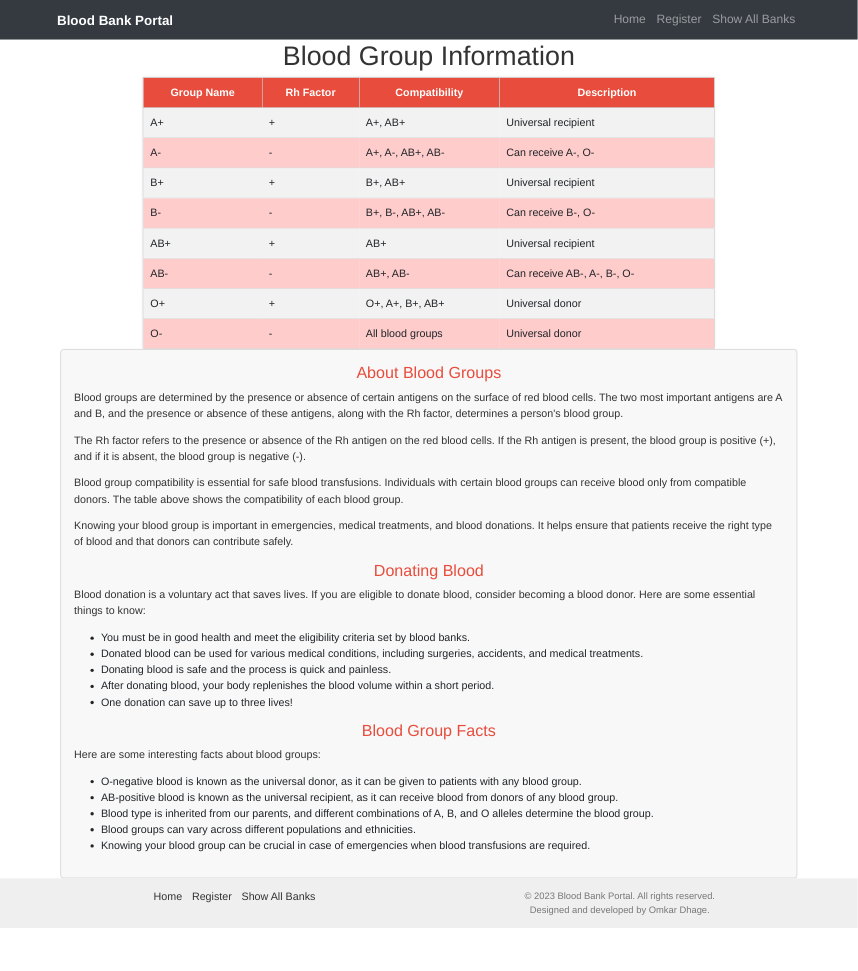
Repository: omi4535/Decentralized_Blood_Bank_System
Page: http://localhost/blood_bank_system/blood_groups_info.jsp
These files come from the project's save history. The page is drawn as it stood at one moment and after the next save; the edit follows.
The browser window is 1280 px wide. The pictures show the whole page, at 67% of full size.
Some web libraries are served in a nearby version. The page is served by Tomcat 9. Other server files are loaded and not shown.

Above is the page before, as saved 2023-07-04 19:56:08.

### blood bank system/src/main/webapp/blood_groups_info.jsp
<%@ page language="java" contentType="text/html; charset=UTF-8"
	pageEncoding="UTF-8"%>
<!DOCTYPE html>
<html>
<head>
<title>Blood Group Information</title>
<style>
body {
	font-family: Arial, sans-serif;
	margin: 20px;
	background-color: #f2f2f2;
}

h1 {
	text-align: center;
	color: #333;
}

table {
	text-align: center;
	width: 66.67%;
	margin: auto;
	border-collapse: collapse;
	margin-top: 20px;
	background-color: #fff;
	box-shadow: 0 0 5px rgba(0, 0, 0, 0.1);
}

th, td {
	padding: 10px;
	text-align: left;
	border-bottom: 1px solid #ddd;
}

th {
	background-color: #f5f5f5;
	font-weight: bold;
	color: #333;
}

.info-section {
	margin-top: 30px;
	padding: 20px;
	background-color: #fff;
	box-shadow: 0 0 5px rgba(0, 0, 0, 0.1);
}

.info-section h2 {
	color: #333;
	margin-bottom: 10px;
}

.info-section p {
	color: #666;
	line-height: 1.5;
}

table {
	width: 66.67%;
	margin: 0 auto;
	border-collapse: collapse;
}

th {
	background-color: #E74C3C; /* Red color for table header */
	color: #FFFFFF; /* White text color for table header */
	text-align: center;
	padding: 10px;
	border: 1px solid #CCCCCC;
}

tr {
	background-color: #ffcccc;
	text-align: center;
	padding: 10px;
	border: 1px solid #CCCCCC;
	/* Light gray border color for table cells */
}

tr:nth-child(even) {
	background-color: #F2F2F2;
	/* Light gray background color for even rows */
}

tr:hover {
	background-color: #ff4d4d;
	/* Yellow background color for hover effect on rows */
}

.info-container {
	width: 86%;
	margin: 0 auto;

	background-color: #F8F8F8;
	padding: 20px;
	margin-top:10dp;
	border: 1px solid #CCCCCC;
	border-radius: 5px;
}

.info-container h2 {
text-align: center;
	color: #E74C3C;
	font-size: 24px;
	margin-bottom: 10px;
}

.info-container p {
	color: #333333;
	font-size: 16px;
	line-height: 1.5;
}
</style>
</head>
<body>
	<%@ include file="NavBar.jsp"%>
	<h1>Blood Group Information</h1>

	<table>
		<tr>
			<th>Group Name</th>
			<th>Rh Factor</th>
			<th>Compatibility</th>
			<th>Description</th>
		</tr>
		<tr>
			<td>A+</td>
			<td>+</td>
			<td>A+, AB+</td>
			<td>Universal recipient</td>
		</tr>
		<tr>
			<td>A-</td>
			<td>-</td>
			<td>A+, A-, AB+, AB-</td>
			<td>Can receive A-, O-</td>
		</tr>
		<tr>
			<td>B+</td>
			<td>+</td>
			<td>B+, AB+</td>
			<td>Universal recipient</td>
		</tr>
		<tr>
			<td>B-</td>
			<td>-</td>
			<td>B+, B-, AB+, AB-</td>
			<td>Can receive B-, O-</td>
		</tr>
		<tr>
			<td>AB+</td>
			<td>+</td>
			<td>AB+</td>
			<td>Universal recipient</td>
		</tr>
		<tr>
			<td>AB-</td>
			<td>-</td>
			<td>AB+, AB-</td>
			<td>Can receive AB-, A-, B-, O-</td>
		</tr>
		<tr>
			<td>O+</td>
			<td>+</td>
			<td>O+, A+, B+, AB+</td>
			<td>Universal donor</td>
		</tr>
		<tr>
			<td>O-</td>
			<td>-</td>
			<td>All blood groups</td>
			<td>Universal donor</td>
		</tr>
	</table>

	<div class="info-container">
		<h2>About Blood Groups</h2>
		<p>Blood groups are determined by the presence or absence of
			certain antigens on the surface of red blood cells. The two most
			important antigens are A and B, and the presence or absence of these
			antigens, along with the Rh factor, determines a person's blood
			group.</p>
		<p>The Rh factor refers to the presence or absence of the Rh
			antigen on the red blood cells. If the Rh antigen is present, the
			blood group is positive (+), and if it is absent, the blood group is
			negative (-).</p>
		<p>Blood group compatibility is essential for safe blood
			transfusions. Individuals with certain blood groups can receive blood
			only from compatible donors. The table above shows the compatibility
			of each blood group.</p>
		<p>Knowing your blood group is important in emergencies, medical
			treatments, and blood donations. It helps ensure that patients
			receive the right type of blood and that donors can contribute
			safely.</p>

		<h2>Donating Blood</h2>
		<p>Blood donation is a voluntary act that saves lives. If you are
			eligible to donate blood, consider becoming a blood donor. Here are
			some essential things to know:</p>
		<ul>
			<li>You must be in good health and meet the eligibility criteria
				set by blood banks.</li>
			<li>Donated blood can be used for various medical conditions,
				including surgeries, accidents, and medical treatments.</li>
			<li>Donating blood is safe and the process is quick and
				painless.</li>
			<li>After donating blood, your body replenishes the blood volume
				within a short period.</li>
			<li>One donation can save up to three lives!</li>
		</ul>
		<h2>Blood Group Facts</h2>
		<p>Here are some interesting facts about blood groups:</p>
		<ul>
			<li>O-negative blood is known as the universal donor, as it can
				be given to patients with any blood group.</li>
			<li>AB-positive blood is known as the universal recipient, as it
				can receive blood from donors of any blood group.</li>
			<li>Blood type is inherited from our parents, and different
				combinations of A, B, and O alleles determine the blood group.</li>
			<li>Blood groups can vary across different populations and
				ethnicities.</li>
			<li>Knowing your blood group can be crucial in case of
				emergencies when blood transfusions are required.</li>
		</ul>
	</div>
	<%@ include file="footer.jsp"%>
</body>
</html>

### blood bank system/src/main/webapp/NavBar.jsp
<%@ page language="java" contentType="text/html; charset=UTF-8"
    pageEncoding="UTF-8"%>
<!DOCTYPE html>
<html>
<head>
    <meta charset="UTF-8">
    <meta name="viewport" content="width=device-width, initial-scale=1.0">
    <title>Blood Bank Portal</title>
    <link rel="stylesheet" href="https://maxcdn.bootstrapcdn.com/bootstrap/4.5.2/css/bootstrap.min.css">
    <style>
        .navbar-brand {
            font-weight: bold;
        }

        .navbar-nav .nav-link {
            font-size: 18px;
        }
    </style>
</head>
<body>
    <nav class="navbar navbar-expand-lg navbar-dark bg-dark">
        <div class="container">
            <a class="navbar-brand" href="index.jsp">Blood Bank Portal</a>
            <button class="navbar-toggler" type="button" data-toggle="collapse" data-target="#navbarNav" aria-controls="navbarNav" aria-expanded="false" aria-label="Toggle navigation">
                <span class="navbar-toggler-icon"></span>
            </button>
            <div class="collapse navbar-collapse" id="navbarNav">
                <ul class="navbar-nav ml-auto">
                    <li class="nav-item">
                        <a class="nav-link" href="index.jsp">Home</a>
                    </li>
                    <li class="nav-item">
                        <a class="nav-link" href="registration.jsp">Register</a>
                    </li>
                    <li class="nav-item">
                        <a class="nav-link" href="/all_banks">Show All Banks</a>
                    </li>
                </ul>

            </div>
        </div>
    </nav>

</body>
</html>

### blood bank system/src/main/webapp/footer.jsp
<%@ page language="java" contentType="text/html; charset=UTF-8"
	pageEncoding="UTF-8"%>
<!DOCTYPE html>
<html lang="en">
<head>
<meta charset="UTF-8">
<meta name="viewport" content="width=device-width, initial-scale=1.0">
<title>Blood Bank Portal</title>
<link rel="stylesheet"
	href="https://maxcdn.bootstrapcdn.com/bootstrap/4.5.2/css/bootstrap.min.css">
<style>

*,
*:before,
*:after {
  -webkit-box-sizing: border-box;
  -moz-box-sizing:    border-box;
  box-sizing:         border-box;
}

html {
  height: 100%;
}

body {
  position: relative;
  margin: 0;
  padding-bottom: 4rem;
  min-height: 100%;
  font-family: "Helvetica Neue", Arial, sans-serif;
}

.footer {
	background-color: #f8f9fa;
	padding: 20px;
	position: relative;
	right: 0;
	bottom: 0;
	left: 0;
	padding: 1rem;
	background-color: #efefef;
	text-align: center;
}

.footer-links a {
	color: #333;
	margin-right: 10px;
}

.footer-info {
	color: #777;
	font-size: 14px;
}
</style>
</head>
<body>


	<footer class="footer">
		<div class="container">
			<div class="row">
				<div class="col-md-6">
					<div class="footer-links">
						<a href="index.jsp">Home</a>
						<a href="registration.jsp">Register</a>
						<a href="All_banks.jsp">Show All Banks</a>
					</div>
				</div>
				<div class="col-md-6">
					<div class="footer-info">
						&copy; 2023 Blood Bank Portal. All rights reserved. <br>
						Designed and developed by Omkar Dhage.
					</div>
				</div>
			</div>
		</div>
	</footer>

	<script src="https://code.jquery.com/jquery-3.5.1.slim.min.js"></script>
	<script
		src="https://cdn.jsdelivr.net/npm/@popperjs/core@1.16.0/dist/umd/popper.min.js"></script>
	<script
		src="https://maxcdn.bootstrapcdn.com/bootstrap/4.5.2/js/bootstrap.min.js"></script>
</body>
</html>

After the next save:
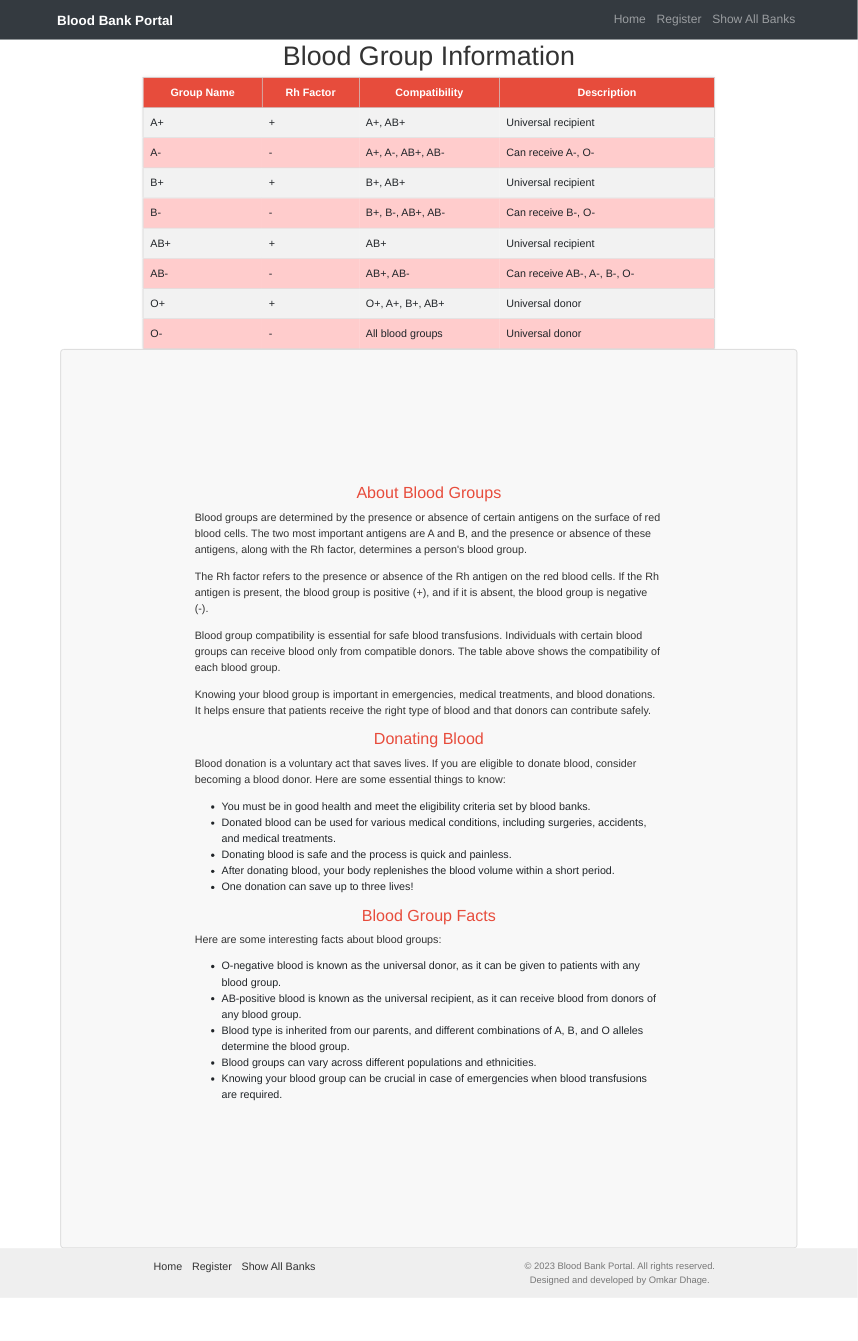
Saved 25 s later.
--- a/blood bank system/src/main/webapp/blood_groups_info.jsp
+++ b/blood bank system/src/main/webapp/blood_groups_info.jsp
@@ -92,7 +92,7 @@
 	margin: 0 auto;
 
 	background-color: #F8F8F8;
-	padding: 20px;
+	padding: 200px;
 	margin-top:10dp;
 	border: 1px solid #CCCCCC;
 	border-radius: 5px;

After the save that followed:
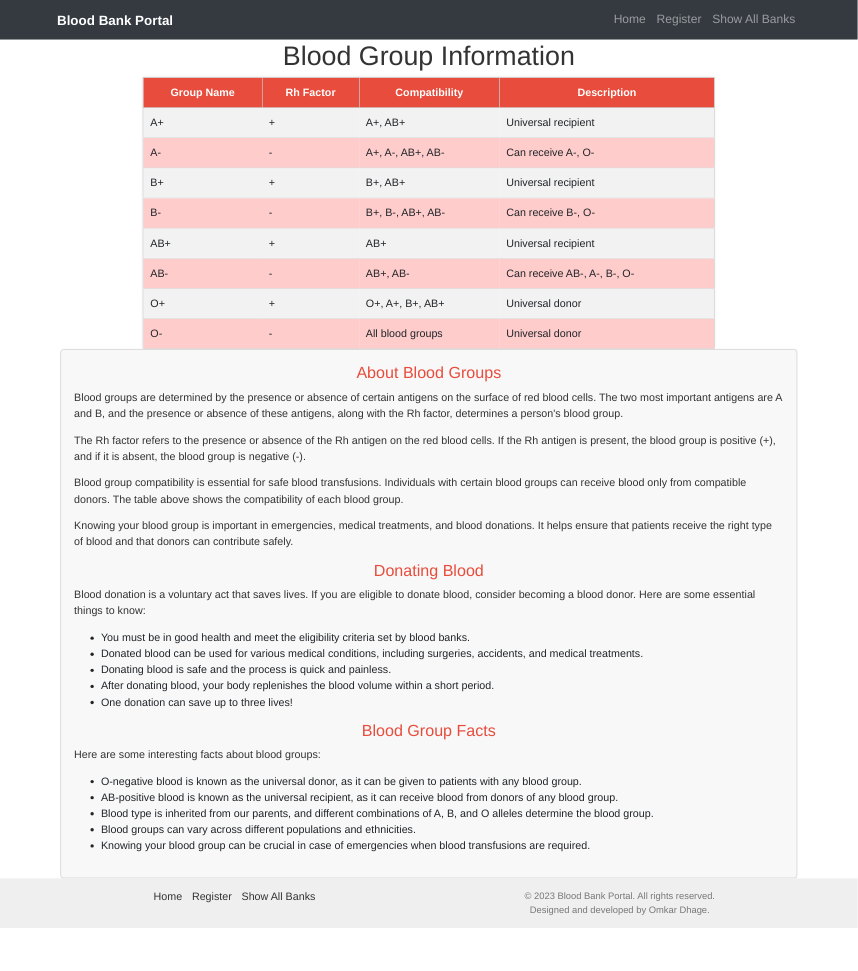
Saved 10 s later.
--- a/blood bank system/src/main/webapp/blood_groups_info.jsp
+++ b/blood bank system/src/main/webapp/blood_groups_info.jsp
@@ -92,7 +92,7 @@
 	margin: 0 auto;
 
 	background-color: #F8F8F8;
-	padding: 200px;
+	padding: 20px;
 	margin-top:10dp;
 	border: 1px solid #CCCCCC;
 	border-radius: 5px;
